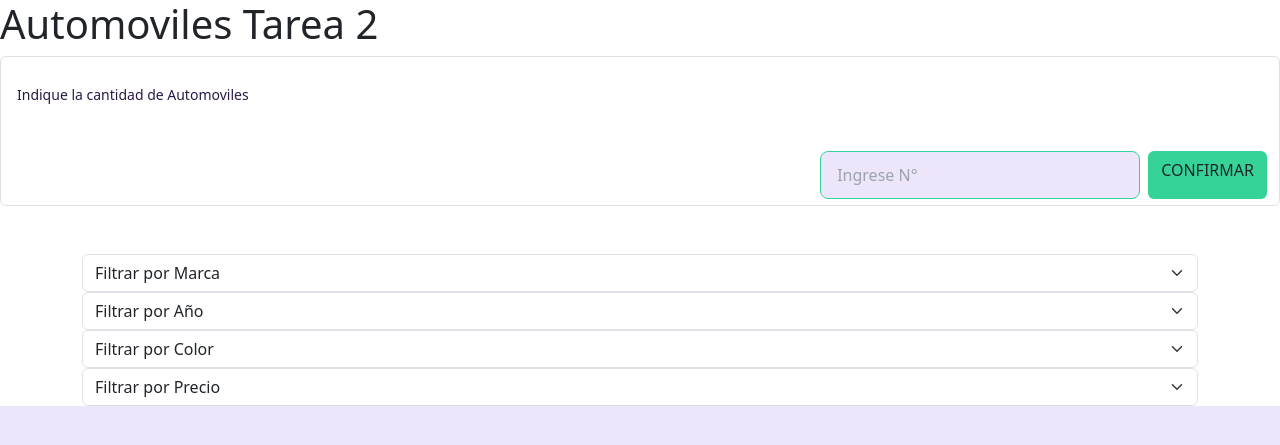
Repository: Claudioxs/Tarea2
Page: /automovil (app in FrontEnd/vue-project/)
These files come from the project's save history. The page is drawn as it stood at one moment and after the next save; the edit follows.
The browser window is 1280 px wide. The pictures show the whole page.
The project was rebuilt for these pictures with package versions that can differ from the ones it lists, and the page was loaded fresh each time. Also part of the build but not shown: FrontEnd/vue-project/vite.config.js, FrontEnd/vue-project/src/components/HelloWorld.vue.

Above is the page before, as saved 2023-05-22 23:29:48.

### FrontEnd/vue-project/src/main.js


import { createApp } from 'vue'
import App from './App.vue'
import router from './router'
import './style.css'
import 'bootstrap/dist/css/bootstrap.css'
import bootstrap from 'bootstrap/dist/js/bootstrap.bundle.js'

const app = createApp(App)

app.use(router,bootstrap)

app.mount('#app')

### FrontEnd/vue-project/src/App.vue
<script setup>
import { RouterLink, RouterView } from 'vue-router'
import HelloWorld from './components/HelloWorld.vue'
</script>

<template>

  <RouterView />
</template>

<style scoped>

</style>

### FrontEnd/vue-project/src/router/index.js
import { createRouter, createWebHistory } from 'vue-router'

import Automovil from '../views/Automovil.vue'

const router = createRouter({
  history: createWebHistory(import.meta.env.BASE_URL),
  routes: [

    {
      path: '/automovil',
      name: 'automovil',
      component: Automovil
    }
  ]
})

export default router

### FrontEnd/vue-project/src/views/Automovil.vue
<template>



<h1 >Automoviles Tarea 2</h1>

<div class="form-control ">
  <label class="label">
    <span class="label-text">Indique la cantidad de Automoviles </span>
    <br><br>

  </label>
 <div class="modal-action"  >
  <input type="number" placeholder="Ingrese N°" class="input input-bordered input-success w-full max-w-xs" />
    <label for="ModalBorrar"  @click="crearAutomovil(label-text)" class="btn" style="background-color: #36D399">Confirmar</label>
  </div>
</div>
<br><br>
<div class="container">
<select class="form-select" aria-label="Default select example" aria-expanded="false">
  <option selected>Filtrar por Marca</option>
  <option value="1">Marca</option>
  <option value="2">Año</option>

</select>
<select class="form-select" aria-label="Default select example">
  <option selected>Filtrar por Año</option>
  <option value="1">Sedan</option>
  <option value="2">Camioneta</option>
  <option value="3">SUV</option>

</select>
<select class="form-select" aria-label="Default select example">
  <option selected>Filtrar por Color</option>
  <option value="1">Rojo</option>
  <option value="2">Blanco</option>
  <option value="3">Negro</option>
  <option value="4">Azul</option>
  <option value="5">Amarillo</option>

</select>
<select class="form-select" aria-label="Default select example">
  <option selected>Filtrar por Precio</option>
  <option value="1">Marca</option>
  <option value="2">Año</option>

</select>




</div>




</template>

<style>
.container{
   margin-left: 5px;
   padding-right: 900px;

}
.modal-action{
  display: block;
}


</style>

<script>
import axios from 'axios'

export default {

  data: () => ({


  }),

  methods: {

    cearAutomovil(cant){
     axios({
       method: "GET",
       url: "http://localhost:8080/automovil/generate?cantidad="+cant,

       }).then((res) => {
        alert(
         "Automoviles creados"
        )
       }).catch((err) => console.log(err));
    },

    //filtramos por color
    filtrarColor(col){
      axios({
       method: "GET",
       url: "http://localhost:8080/automovil/buscarPorColor?color="+col,

       }).then((res) => {
        alert(
         "Periodo Añadido correctamente a asignatura"
        )
       }).catch((err) => console.log(err));
    }
   }

}

</script>

### FrontEnd/vue-project/tailwind.config.js
/** @type {import('tailwindcss').Config} */
module.exports = {
  daisyui: {
    themes: [
      {
        mytheme: {

            "primary": "#1D0027",

            "secondary": "#A181E2",

            "accent": "#37CDBE",

            "neutral": "#D9D9D9",

            "base-100": "#EDE6FA",

            "info": "#3ABFF8",

            "success": "#36D399",

            "warning": "#FBBD23",

            "error": "#F87272",
        },
      },
    ],
  },
  content: ["./index.html","./src/**/*.{vue,js,ts,jsx,tsx}"],
  theme: {
    extend: {},
  },
  plugins: [require("daisyui")],
}

Loaded but not shown: FrontEnd/vue-project/index.html (common file); FrontEnd/vue-project/src/style.css (common file)

After the next save:
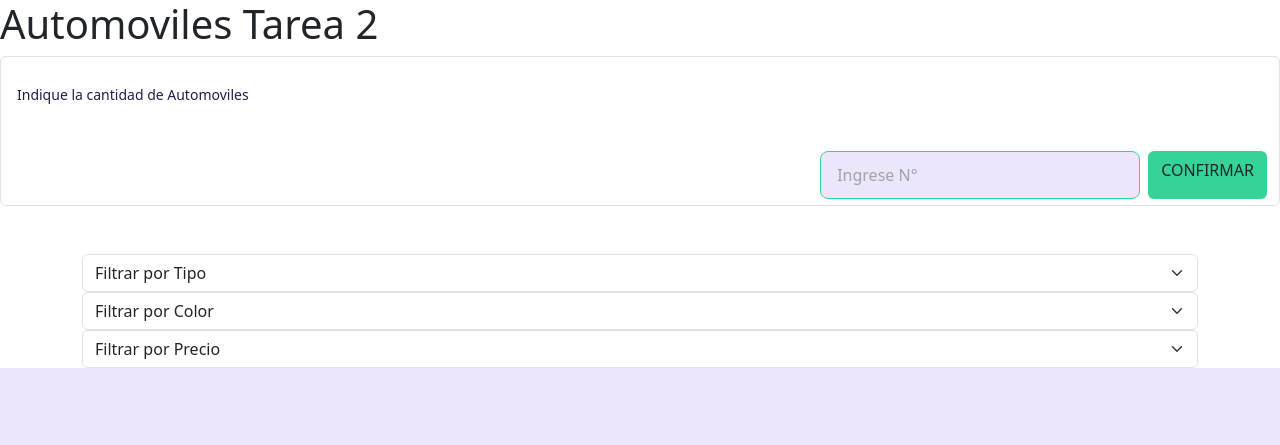
Saved 61 s later.
--- a/FrontEnd/vue-project/src/views/Automovil.vue
+++ b/FrontEnd/vue-project/src/views/Automovil.vue
@@ -17,14 +17,9 @@
 </div>
 <br><br>
 <div class="container">
+
 <select class="form-select" aria-label="Default select example" aria-expanded="false">
-  <option selected>Filtrar por Marca</option>
-  <option value="1">Marca</option>
-  <option value="2">Año</option>
-
-</select>
-<select class="form-select" aria-label="Default select example">
-  <option selected>Filtrar por Año</option>
+  <option selected>Filtrar por Tipo</option>
   <option value="1">Sedan</option>
   <option value="2">Camioneta</option>
   <option value="3">SUV</option>
